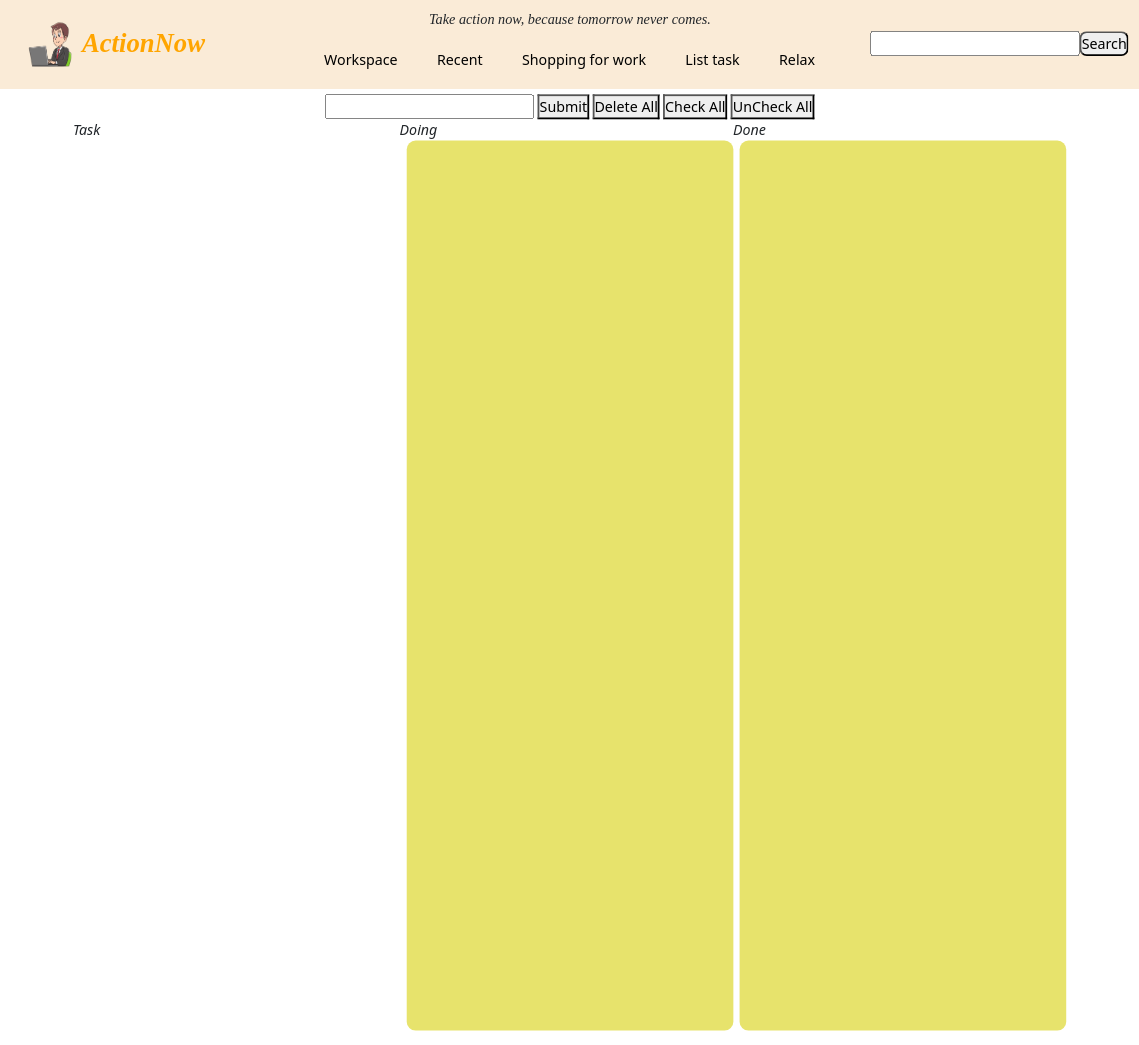
Repository: huavantinh/todo
Page: index.html
An editor plug-in stored every save of this project. The page is shown before and after the next save, followed by the edit.
The browser window is 1280 px wide. The pictures show the whole page, at 89% of full size.

Above is the page before, as saved 2023-04-07 09:07:53.

After the next save:
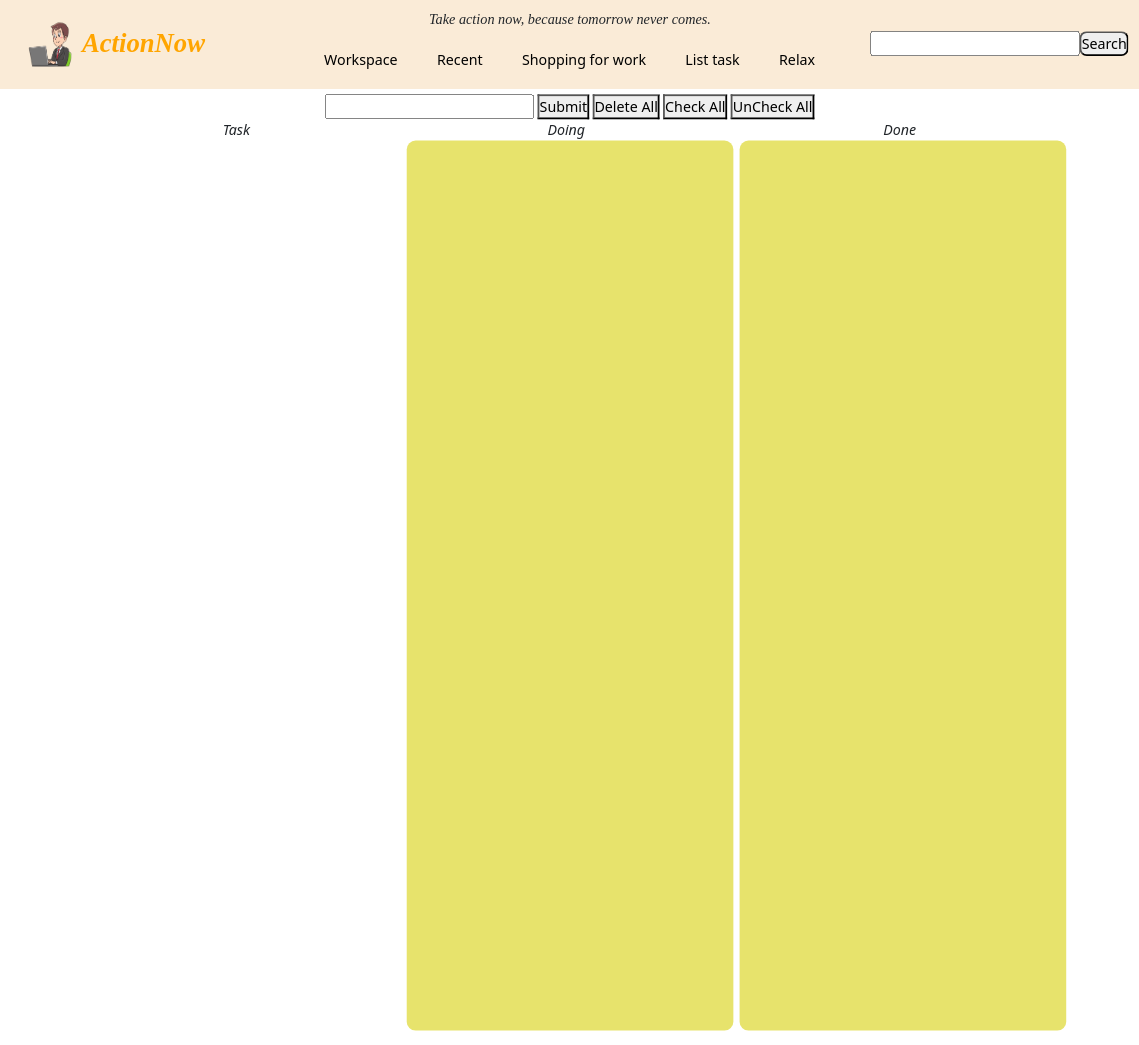
Saved 9 s later.
--- a/css/style.css
+++ b/css/style.css
@@ -130,6 +130,7 @@ body{
 .table .col-list i {
     display: block;
     /* width: 100%; */
+    text-align: center;;
     align-items: center;
 }
 
